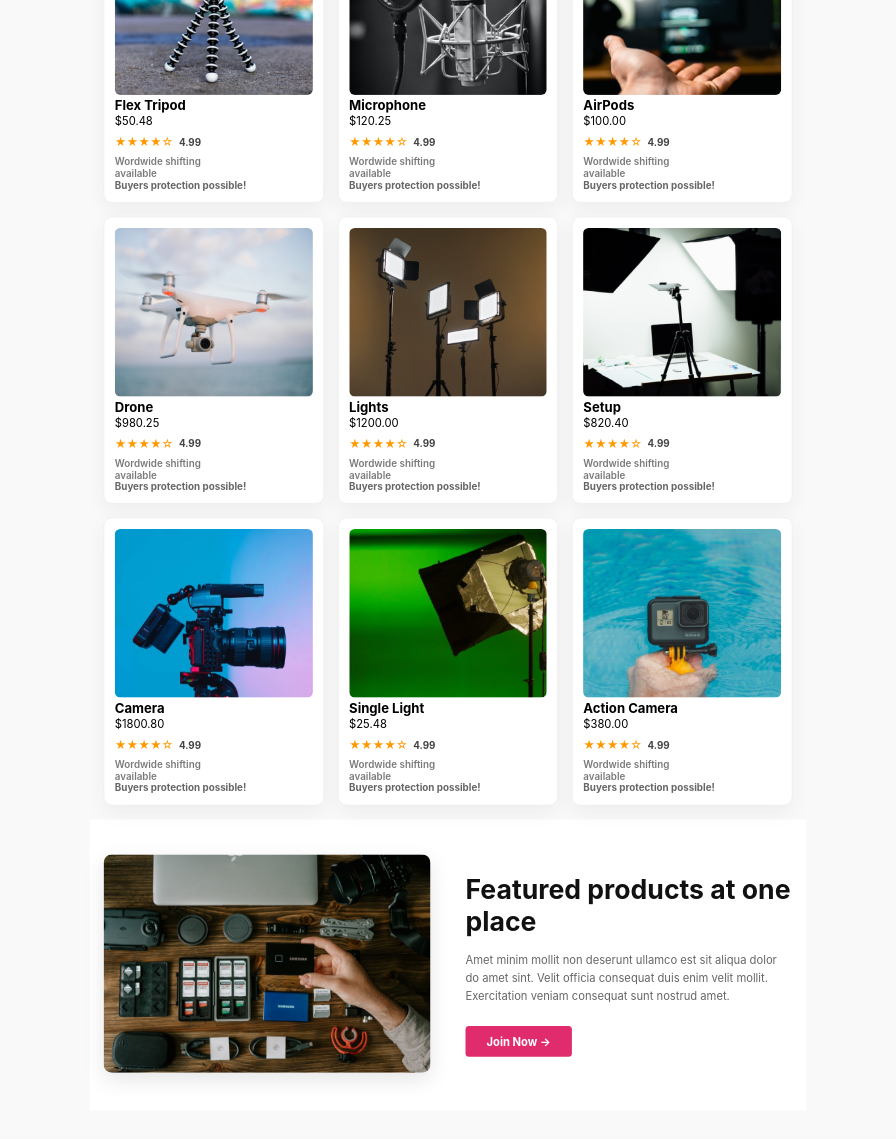
Repository: Saiful21Islam/Influencer-products
Page: it.html
These files come from the project's save history. The page is drawn as it stood at one moment and after the next save; the edit follows.
The browser window is 1280 px wide. The pictures show the part of the page from y = 1141 to 3061 px (the page is 2768 px tall before and 3061 px after), at 70% of full size.

Above is the page before, as saved 2026-03-11 12:04:59.

After the next save:
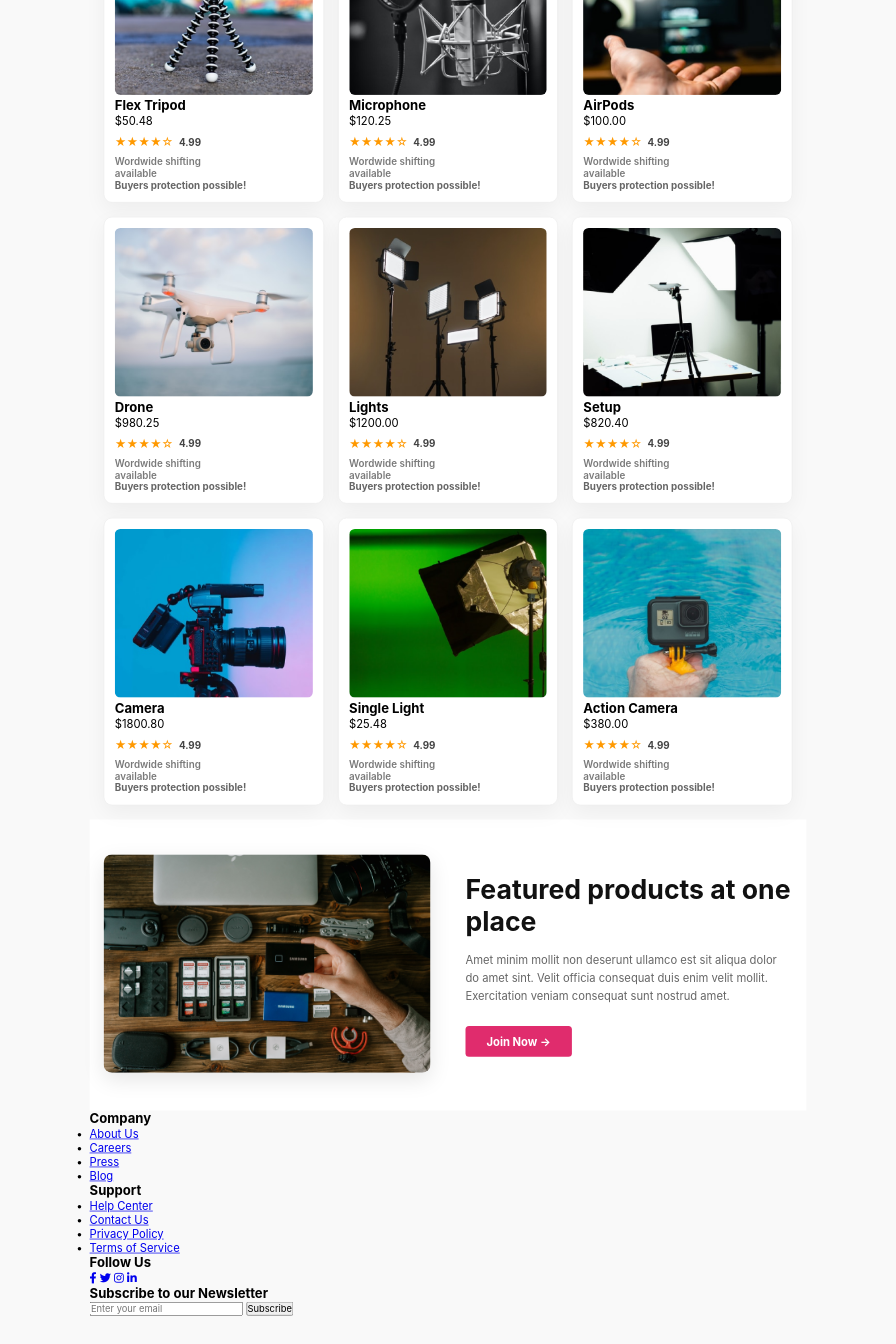
Saved 7 s later.
--- a/it.html
+++ b/it.html
@@ -280,7 +280,45 @@
     </section>
 
     <footer>
-
+        <div class="footer-container">
+            <div class="footer-section">
+                <h3>Company</h3>
+                <ul>
+                    <li><a href="#">About Us</a></li>
+                    <li><a href="#">Careers</a></li>
+                    <li><a href="#">Press</a></li>
+                    <li><a href="#">Blog</a></li>
+                </ul>
+            </div>
+
+            <div class="footer-section">
+                <h3>Support</h3>
+                <ul>
+                    <li><a href="#">Help Center</a></li>
+                    <li><a href="#">Contact Us</a></li>
+                    <li><a href="#">Privacy Policy</a></li>
+                    <li><a href="#">Terms of Service</a></li>
+                </ul>
+            </div>
+
+            <div class="footer-section">
+                <h3>Follow Us</h3>
+                <div class="social-icons">
+                    <a href="#"><i class="fab fa-facebook-f"></i></a>
+                    <a href="#"><i class="fab fa-twitter"></i></a>
+                    <a href="#"><i class="fab fa-instagram"></i></a>
+                    <a href="#"><i class="fab fa-linkedin-in"></i></a>
+                </div>
+            </div>
+
+            <div class="footer-section newsletter">
+                <h3>Subscribe to our Newsletter</h3>
+                <form action="#">
+                    <input type="email" placeholder="Enter your email" required>
+                    <button type="submit">Subscribe</button>
+                </form>
+            </div>
+        </div>
     </footer>
 </body>
 
